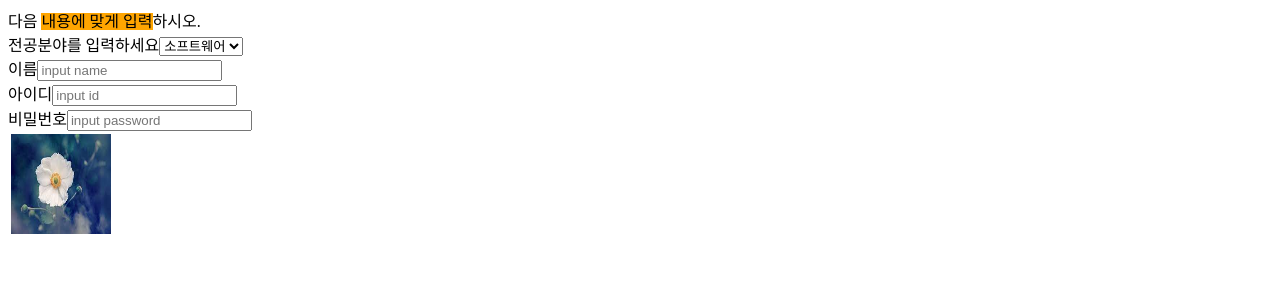
Repository: jwlee0714/HTML
Page: html/quiz-설문조사.html
The author's editor kept a copy of each file at every save. The page is drawn from the files as they stood at one save, then again after the next save.
The browser window is 1280 px wide. The pictures show the whole page.

Above is the page before, as saved 2021-10-05 08:24:14.

### html/quiz-설문조사.html
<!DOCTYPE html>
<html>
<head>
<meta charset="UTF-8">
<title>Insert title here</title>
</head>
<body>
<table>
	<div>
		<span >다음</span>
		<span style="background-color:orange;">내용에 맞게 입력</span>하시오.
	</div>

	<form method="get">
		전공분야를 입력하세요<select name ="select">
			<option value="p1">소프트웨어
			<option value="p2">하드웨어
			<option value="p3">정보공학<br>
		</select>
		<br>이름<input type="text" name ="name" placeholder="input name"><br>
		아이디<input type="text" name ="id" placeholder="input id"><br>
		비밀번호<input type="password" name="pwd" placeholder="input password"><br>

	</form>

		<td align="right">
			<img src="img/다운로드.jfif" width="100"height="100">

			</td>

	</table>


</body>
</html>

After the next save:
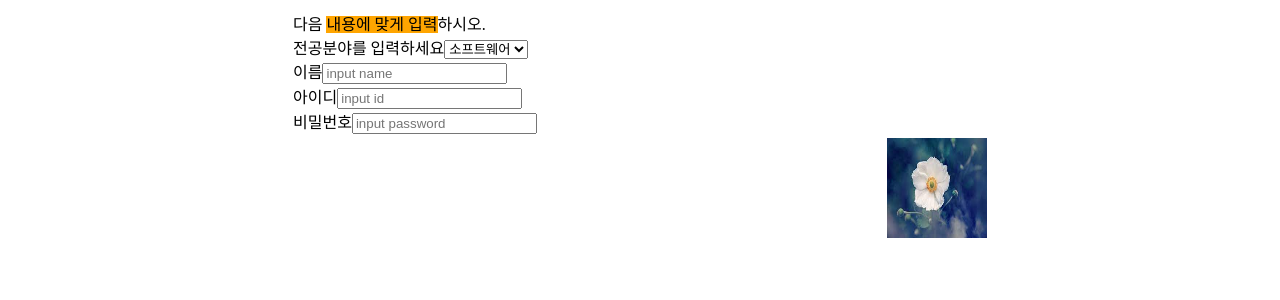
Saved 7 min 45 s later.
--- a/html/quiz-설문조사.html
+++ b/html/quiz-설문조사.html
@@ -5,7 +5,12 @@
 <title>Insert title here</title>
 </head>
 <body>
-<table>
+
+	<table align="center" bgcolor="white" width="700" >
+
+	<tr>
+			<td width="200">
+
 	<div>
 		<span >다음</span>
 		<span style="background-color:orange;">내용에 맞게 입력</span>하시오.
@@ -20,14 +25,15 @@
 		<br>이름<input type="text" name ="name" placeholder="input name"><br>
 		아이디<input type="text" name ="id" placeholder="input id"><br>
 		비밀번호<input type="password" name="pwd" placeholder="input password"><br>
-
 	</form>
-
+	</td>
+</tr>
+<tr>
 		<td align="right">
 			<img src="img/다운로드.jfif" width="100"height="100">
 
 			</td>
-
+	</tr>
 	</table>
 
 
